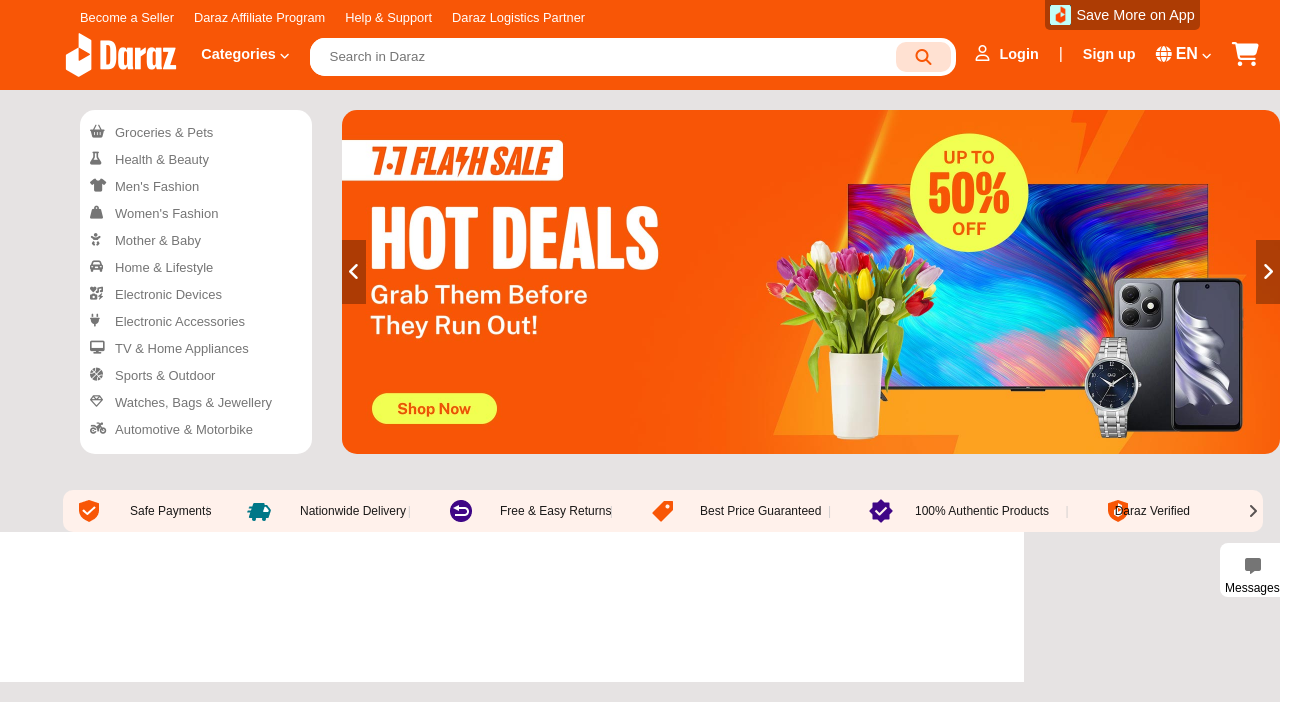
Repository: ubiadurrahman/Draz---Clone
Page: daraz.html
These files come from the project's save history. The page is drawn as it stood at one moment and after the next save; the edit follows.
The browser window is 1280 px wide. The page is 1312 px wide, so the pictures cover 1312 px, including what lies to the right of the window. The pictures show the whole page.

Above is the page before, as saved 2024-07-11 06:26:36.

After the next save:
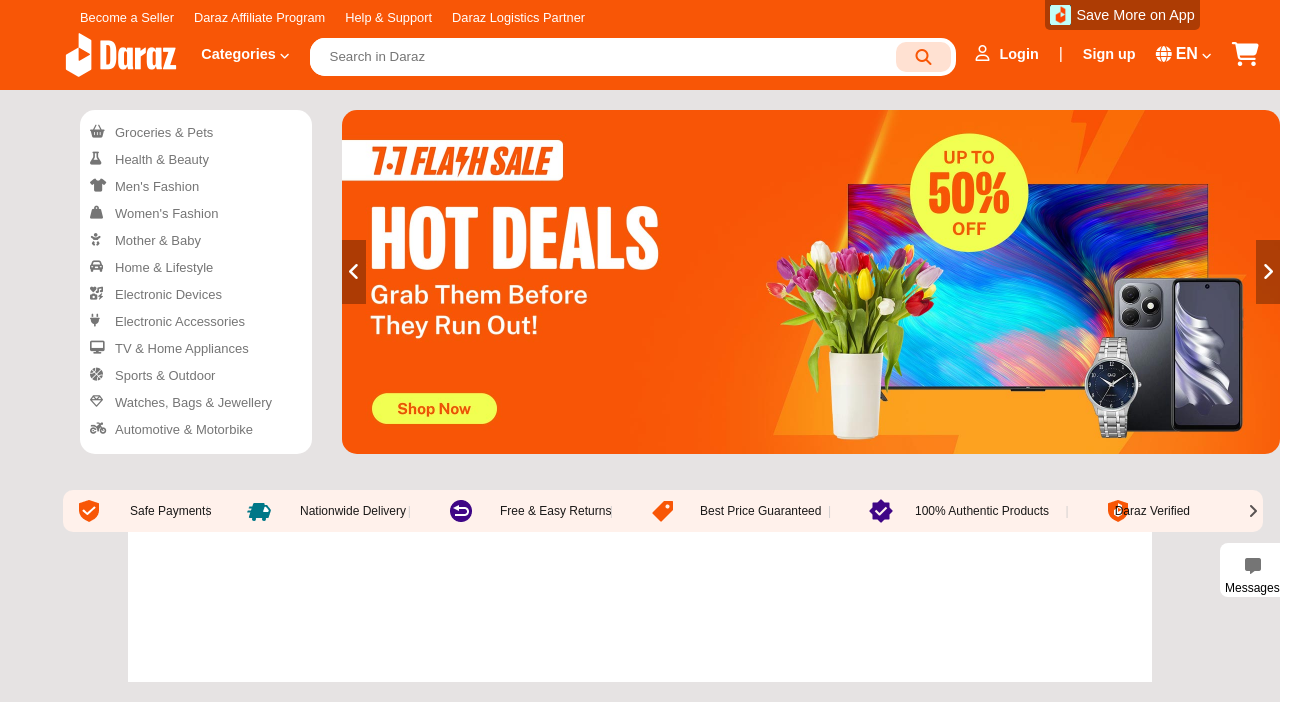
Saved 6 s later.
--- a/daraz.css
+++ b/daraz.css
@@ -461,5 +461,5 @@
     width: 80%;
     height: 150px;
     background-color: white;
-    margin-left: 10
-}
+    margin-left: 10%;
+}
